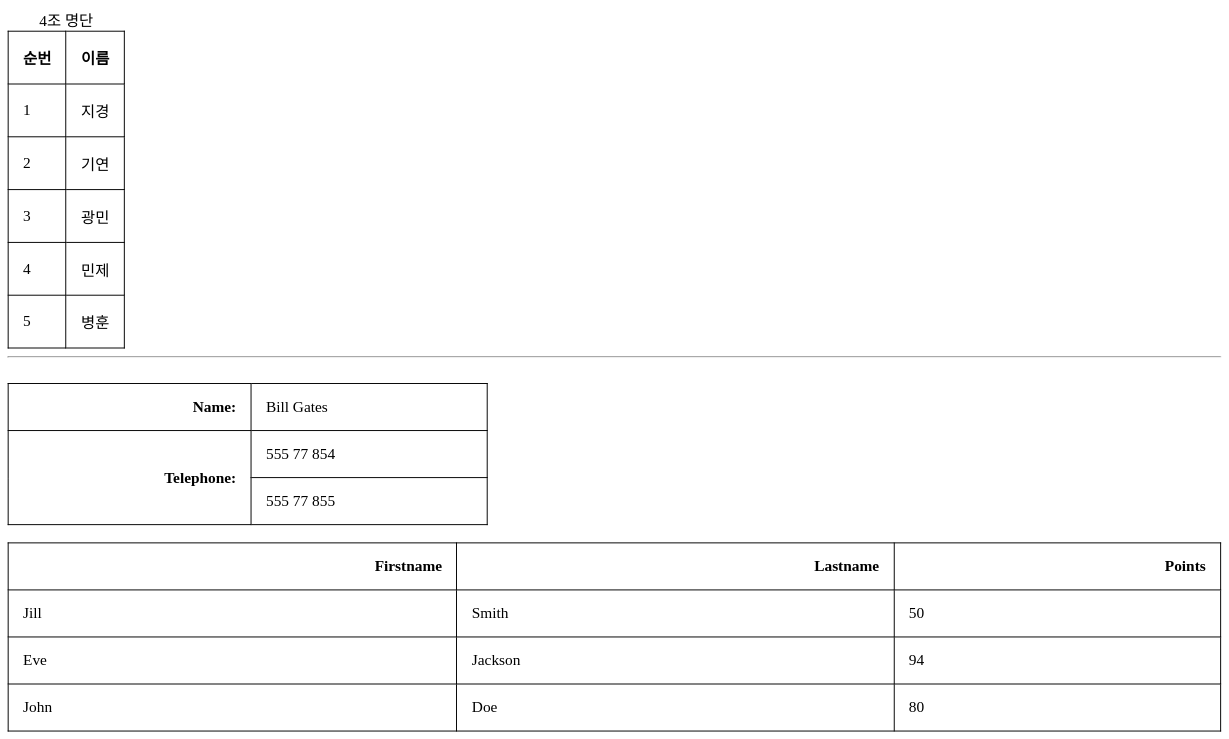
Repository: BaekJiGyeong/JSP
Page: http://localhost/AA_HelloJSP/exercise.jsp
An editor plug-in stored every save of this project. The page is shown before and after the next save, followed by the edit.
The browser window is 1280 px wide. The pictures show the whole page, at 96% of full size.
The page is served by Tomcat 9.

Above is the page before, as saved 2016-02-02 10:46:04.

### AA_HelloJSP/WebContent/exercise.jsp
<%@ page language="java" contentType="text/html; charset=UTF-8"
	pageEncoding="UTF-8"%>

<%
	String[] names = new String[] { "지경", "기연", "광민", "민제", "병훈" };
%>

<!DOCTYPE html >
<html>
<head>
<style>
table, th, td {
	border: 1px solid black;
	border-collapse: collapse;
}

th, td {
	padding: 15px;
}
th {
    text-align: right;
}
table {
	border-spacing: 15px
}
</style>
<meta http-equiv="Content-Type" content="text/html; charset=UTF-8">
<title>지경이 JSP연습</title>

</head>
<body>

	<table>
		<caption>4조 명단</caption>
		<tr>
			<th>순번</th>
			<th>이름</th>
		</tr>
		<%
			for (int i = 0; i < 5; i++) {
		%>
		<tr>
			<td><%=i + 1%></td>
			<td><%=names[i]%></td>
		</tr>
		<%
			}
		%>

	</table>

	<hr />
	<br />
	<table style="width: 500px">
		<tr>
			<th>Name:</th>
			<td>Bill Gates</td>
		</tr>
		<tr>
			<th rowspan="2">Telephone:</th>
			<td>555 77 854</td>
		</tr>
		<tr>
			<td>555 77 855</td>
		</tr>
	</table>
	<br />
	<table style="width: 100%">
		<tr>
			<th>Firstname</th>
			<th>Lastname</th>
			<th>Points</th>
		</tr>
		<tr>
			<td>Jill</td>
			<td>Smith</td>
			<td>50</td>
		</tr>
		<tr>
			<td>Eve</td>
			<td>Jackson</td>
			<td>94</td>
		</tr>
		<tr>
			<td>John</td>
			<td>Doe</td>
			<td>80</td>
		</tr>
	</table>




</body>
</html>

After the next save:
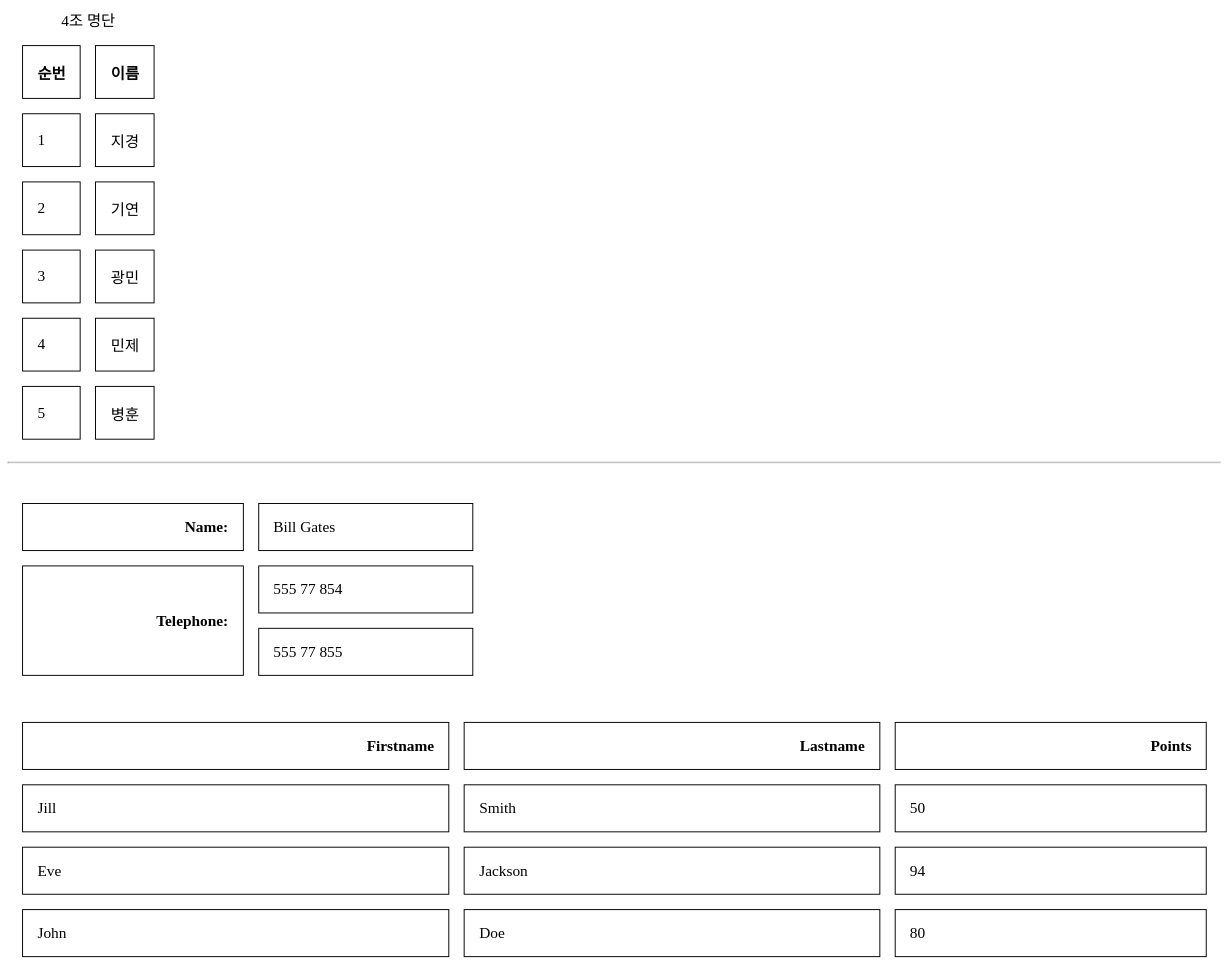
Saved 39 s later.
--- a/AA_HelloJSP/WebContent/exercise.jsp
+++ b/AA_HelloJSP/WebContent/exercise.jsp
@@ -9,7 +9,7 @@
 <html>
 <head>
 <style>
-table, th, td {
+th, td {
 	border: 1px solid black;
 	border-collapse: collapse;
 }
